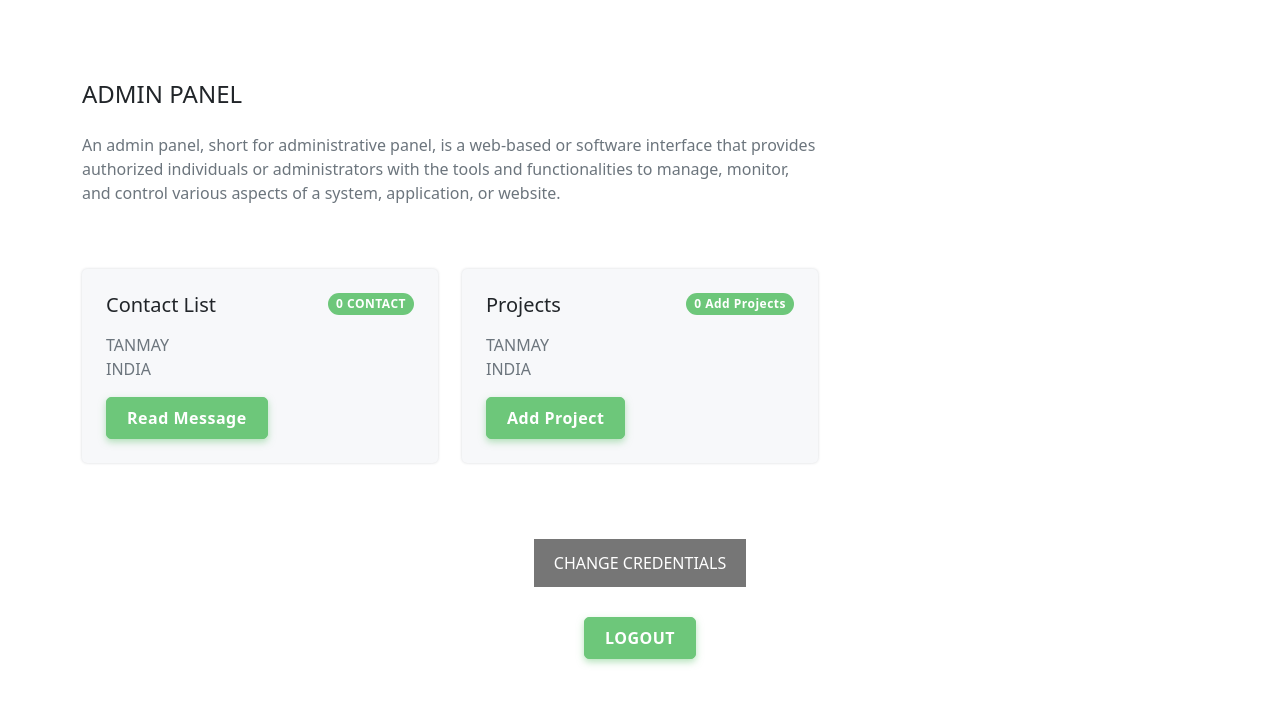
Repository: Tanmay-Kayande/Myportfolio
Page: http://localhost/myproject/admin.jsp
These files come from the project's save history. The page is drawn as it stood at one moment and after the next save; the edit follows.
The browser window is 1280 px wide. The pictures show the whole page.
Some web libraries are served in a nearby version. The page is served by Tomcat 9. The session is filled in as if someone had signed in: {"login": "exist"}.

Above is the page before, as saved 2024-01-25 09:27:04.

After the next save:
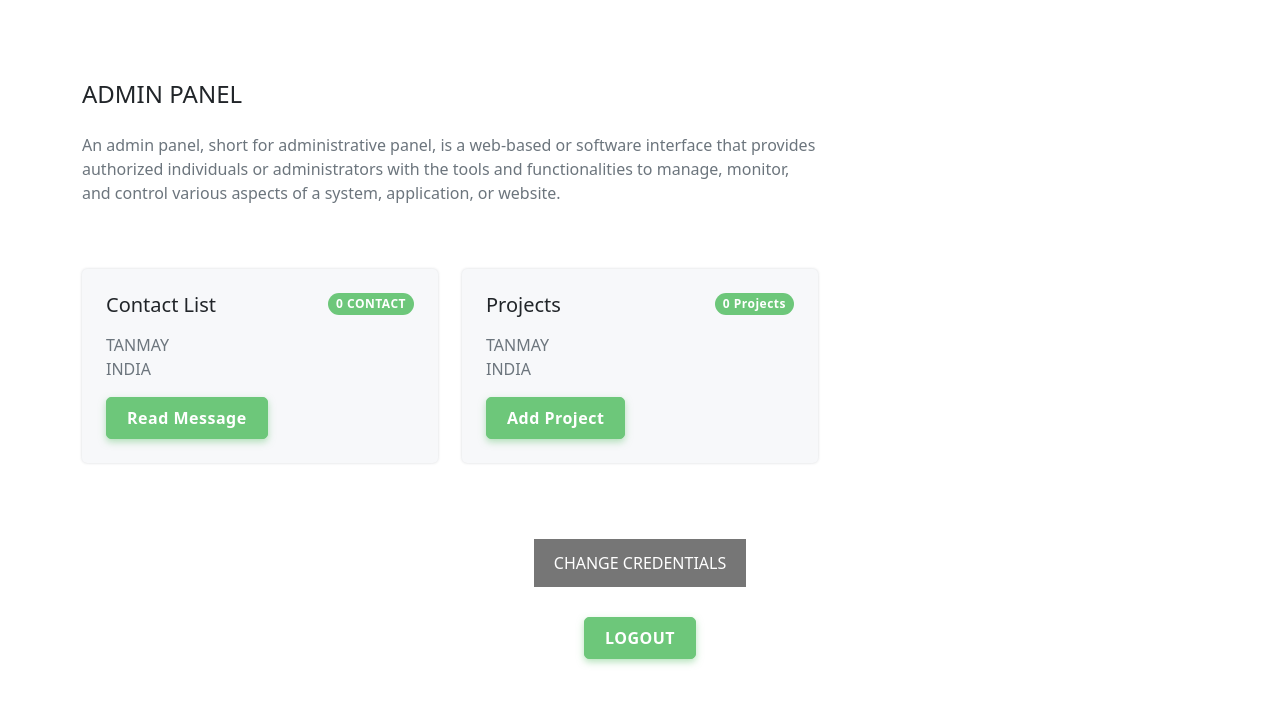
Saved 10 s later.
--- a/myproject/src/main/webapp/admin.jsp
+++ b/myproject/src/main/webapp/admin.jsp
@@ -243,7 +243,7 @@ a {
 					<div class="card-body p-4">
 
 						<%int project_count = new ProjectDao().count(); %>
-						<span class="badge rounded-pill bg-primary float-md-end mb-3 mb-sm-0"><%=project_count %> Add Projects	</span>
+						<span class="badge rounded-pill bg-primary float-md-end mb-3 mb-sm-0"><%=project_count %> Projects	</span>
 						<h5>Projects</h5>
 						<div class="mt-3">
 							<span class="text-muted d-block"><i class="fa fa-home"
